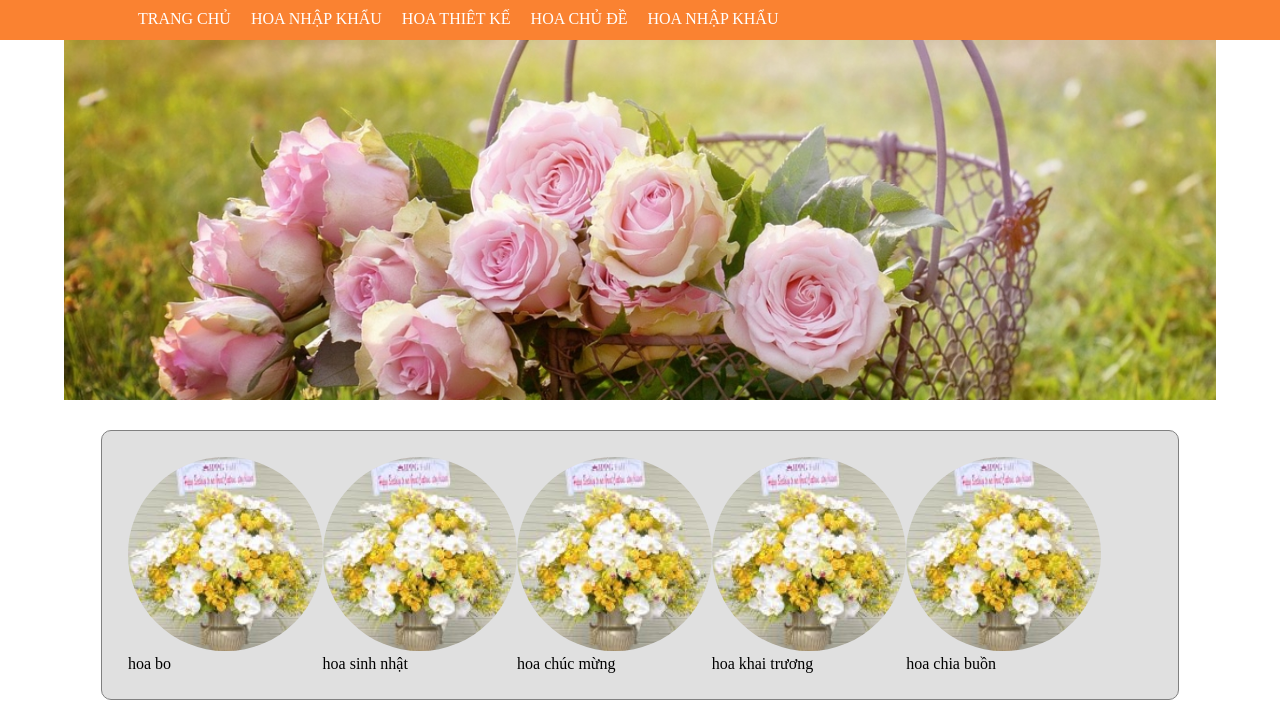
Repository: hoang71299/fe_26
Page: buoi5/buoi7/1.html
These files come from the project's save history. The page is drawn as it stood at one moment and after the next save; the edit follows.
The browser window is 1280 px wide. The pictures show the whole page.

Above is the page before, as saved 2022-08-28 19:46:22.

After the next save:
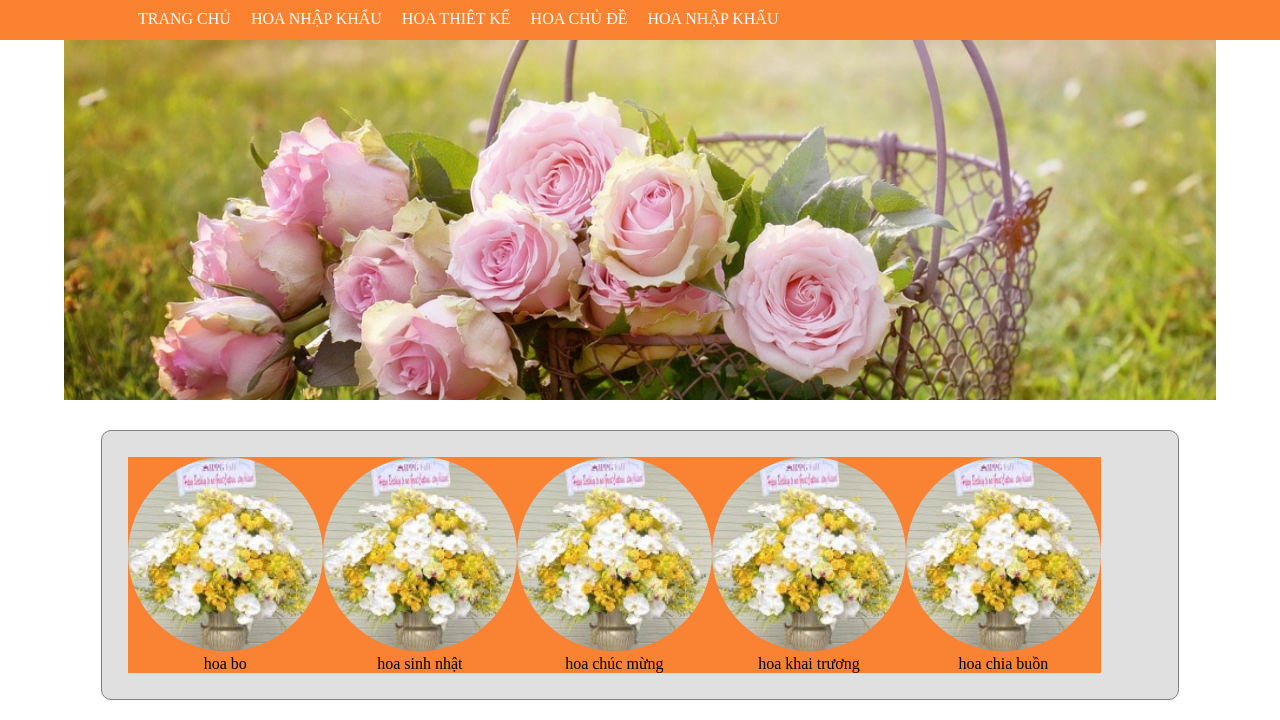
Saved 32 s later.
--- a/buoi5/buoi7/1.css
+++ b/buoi5/buoi7/1.css
@@ -78,6 +78,8 @@ html,body{
 .chude{
     width: 19%;
     height: auto;
+    text-align: center;
+    background-color: #fa8233;
 }
 .hinh{
     width: 100%;
